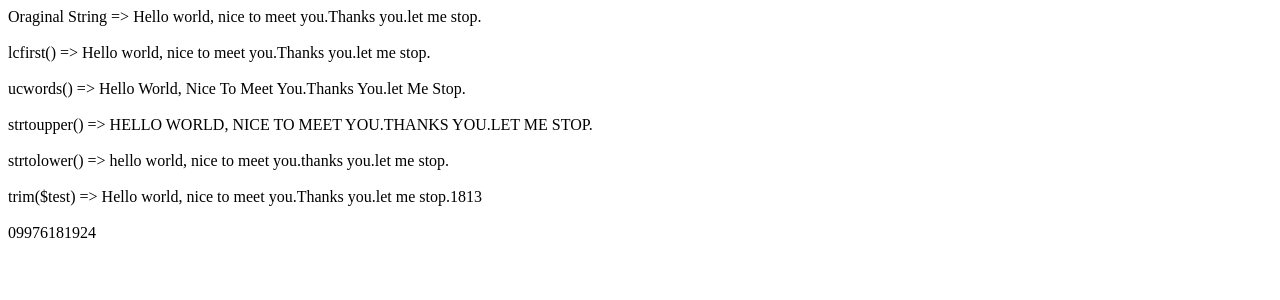
Repository: zinminkhantoo/assignment01
Page: http://localhost/String/printf_fprintf.php
An editor plug-in stored every save of this project. The page is shown before and after the next save, followed by the edit.
The browser window is 1280 px wide. The pictures show the whole page.
The page is run by PHP 8.4 with error messages shown; the project is at /var/www/html/.

Above is the page before, as saved 2020-04-12 10:11:13.

### Test/String/printf_fprintf.php
<?php
    $test = " Hello world, nice to meet you.Thanks you.let me stop. ";
    echo "Oraginal String => $test</br></br>";
    echo "lcfirst() => ".lcfirst($test)."</br></br>";
    echo "ucwords() => " .ucwords($test)."</br></br>";
    echo "strtoupper() => ".strtoupper($test)."</br></br>";
    echo "strtolower() => ".strtolower($test)."</br></br>";
    echo 'trim($test) => '.trim($test," ");

    $a = "     09976 181 924";
    echo strlen($a);
    echo strlen(trim($a));
    echo "</br></br>".str_replace(" ", "", $a);
?>

After the next save:
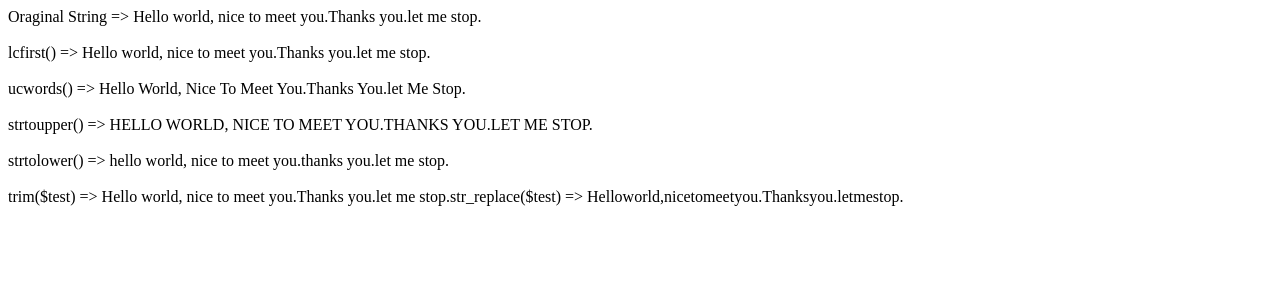
Saved 88 s later.
--- a/Test/String/printf_fprintf.php
+++ b/Test/String/printf_fprintf.php
@@ -6,9 +6,7 @@
     echo "strtoupper() => ".strtoupper($test)."</br></br>";
     echo "strtolower() => ".strtolower($test)."</br></br>";
     echo 'trim($test) => '.trim($test," ");
+    echo 'str_replace($test) => '.str_replace(" ", "", $test);
 
-    $a = "     09976 181 924";
-    echo strlen($a);
-    echo strlen(trim($a));
-    echo "</br></br>".str_replace(" ", "", $a);
+
 ?>
